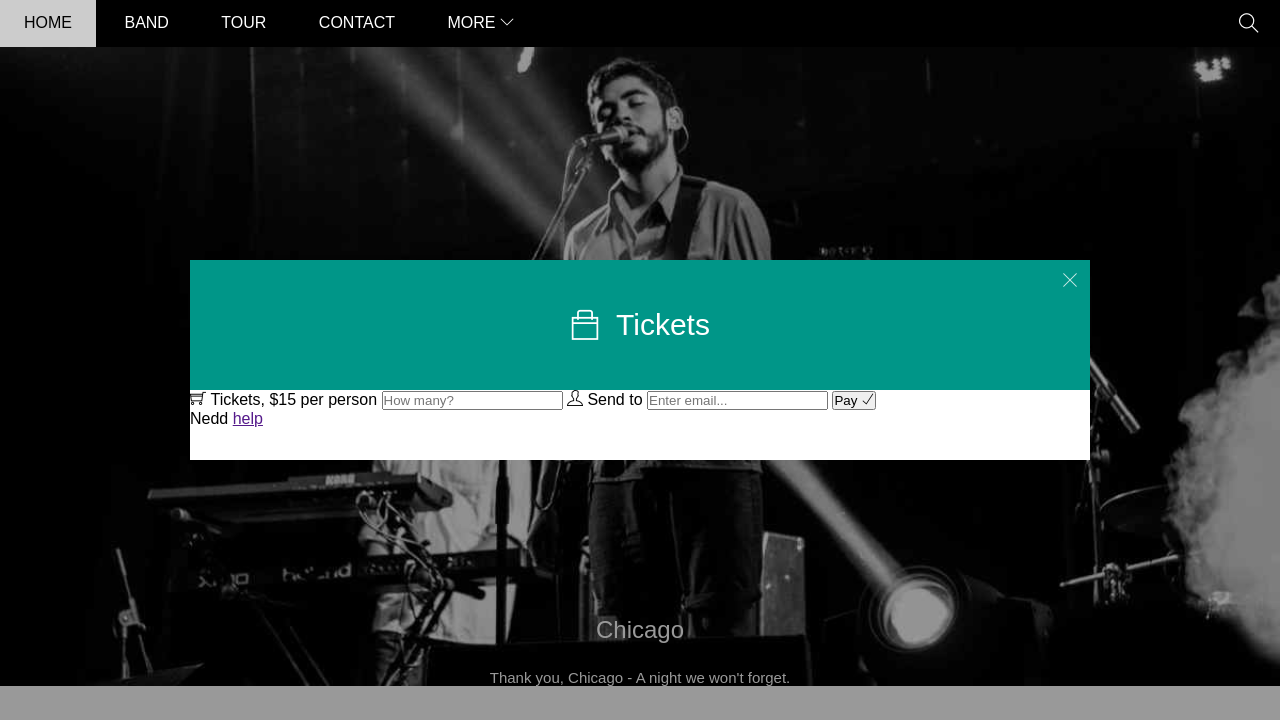
Repository: Thanhtrunghoang123/the-band
Page: index.html
An editor plug-in stored every save of this project. The page is shown before and after the next save, followed by the edit.
The browser window is 1280 px wide. The pictures show the window.
A layer covers the whole window, so only the first screen is drawn.

Above is the page before, as saved 2022-07-21 22:08:50.

After the next save:
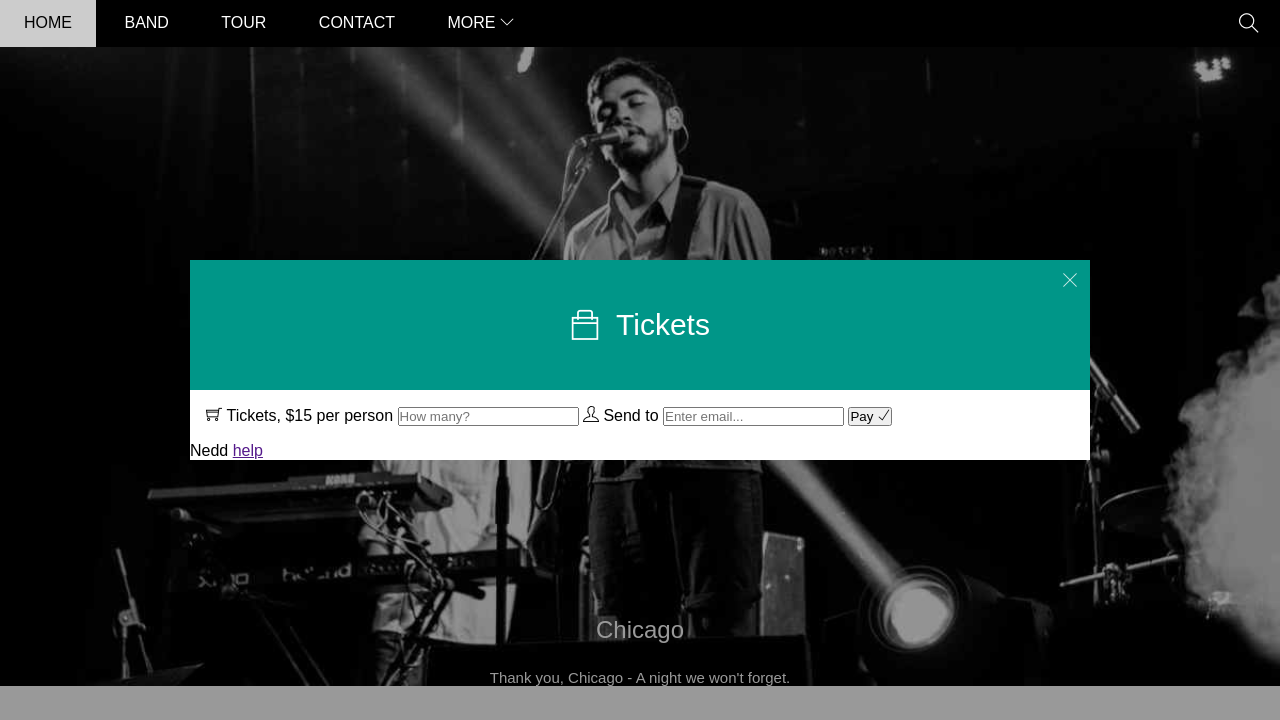
Saved 66 s later.
--- a/assest/css/style.css
+++ b/assest/css/style.css
@@ -319,6 +319,10 @@
     opacity: 1;
 }
 
+.modal-body {
+    padding: 16px;
+}
+
 #footer{
 
 }
